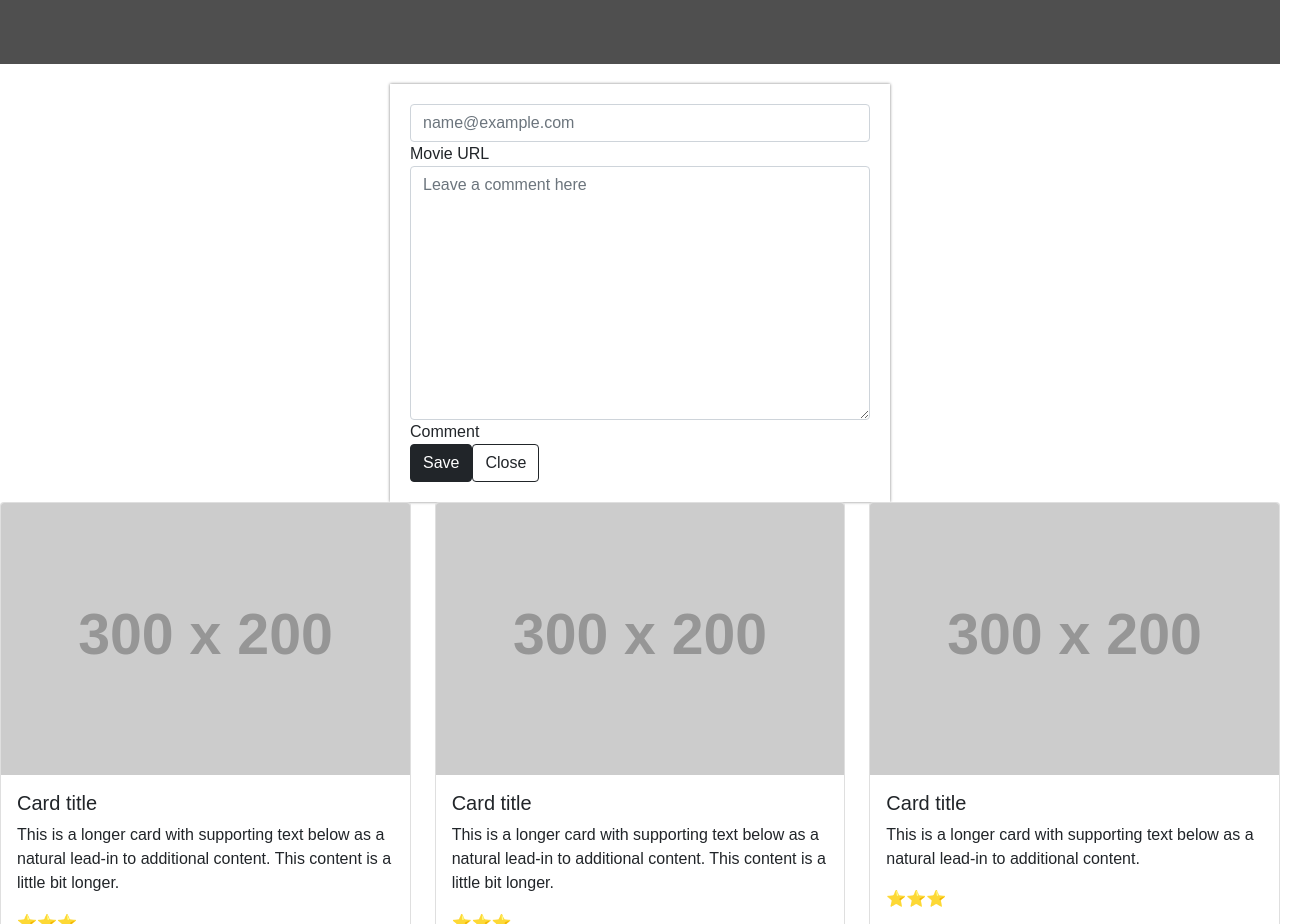
Repository: sinayaka-body/sparta
Page: frontend/bootstrap.html
An editor plug-in stored every save of this project. The page is shown before and after the next save, followed by the edit.
The browser window is 1280 px wide. The page is 1292 px wide, so the pictures cover 1292 px, including what lies to the right of the window. The pictures show the part of the page from y = 186 to 1110 px (the page is 1725 px tall).
Pictures or frames that could not be fetched are drawn as grey boxes. Some web fonts or font styles are not loaded; a fallback is used.

Above is the page before, as saved 2023-04-15 16:41:40.

### frontend/bootstrap.html
<!DOCTYPE html>
<html lang="en">
  <head>
    <meta charset="utf-8" />
    <meta name="viewport" content="width=device-width, initial-scale=1, shrink-to-fit=no" />

    <link href="https://cdn.jsdelivr.net/npm/bootstrap@5.0.2/dist/css/bootstrap.min.css" rel="stylesheet" integrity="sha384-EVSTQN3/azprG1Anm3QDgpJLIm9Nao0Yz1ztcQTwFspd3yD65VohhpuuCOmLASjC" crossorigin="anonymous" />
    <script src="https://ajax.googleapis.com/ajax/libs/jquery/3.5.1/jquery.min.js"></script>
    <script src="https://cdn.jsdelivr.net/npm/bootstrap@5.0.2/dist/js/bootstrap.bundle.min.js" integrity="sha384-MrcW6ZMFYlzcLA8Nl+NtUVF0sA7MsXsP1UyJoMp4YLEuNSfAP+JcXn/tWtIaxVXM" crossorigin="anonymous"></script>

    <title>Spartapedia</title>

    <style>
      @import url("https://fonts.googleapis.com/css2?family=Gowun+Dodum&display=swap");

      * {
        font-family: "Hahmlet", sans-serif;
      }

      .mytitle {
        width: 100%;
        height: 250px;

        background-image: linear-gradient(0deg, rgba(0, 0, 0, 0.5), rgba(0, 0, 0, 0.5)), url("https://movie-phinf.pstatic.net/20210715_95/1626338192428gTnJl_JPEG/movie_image.jpg");
        background-position: center;
        background-size: cover;

        color: white;

        display: flex;
        flex-direction: column;
        align-items: center;
        justify-content: center;
      }

      .mytitle > button {
        width: 200px;
        height: 50px;

        background-color: transparent;
        color: white;

        border-radius: 50px;
        border: 1px solid white;

        margin-top: 10px;
      }

      .mytitle > button:hover {
        border: 2px solid white;
      }

      .review_post {
        width: 95%;
        max-width: 500px;
        margin: 20px auto 0px auto;
        padding: 20px;
        box-shadow: 0px 0px 3px 0px gray;
      }

      .review_post_btn {
        display: flex;
      }
    </style>
  </head>

  <body>
    <div class="mytitle">
      <h1>My favorite movies</h1>
      <button>Save a new movie</button>
    </div>

    <div class="review_post">
      <div class="review_post_url">
        <input type="email" class="form-control" id="floatingInput" placeholder="name@example.com" />
        <label for="floatingInput">Movie URL</label>
      </div>
      <div class="review_post_comment">
        <textarea class="form-control" placeholder="Leave a comment here" name="" id="" cols="30" rows="10"></textarea>
        <label for="floatingTextarea2">Comment</label>
      </div>
      <div class="review_post_btn">
        <button type="button" class="btn btn-dark">Save</button>
        <button type="button" class="btn btn-outline-dark">Close</button>
      </div>
    </div>

    <div class="row row-cols-1 row-cols-md-3 g-4">
      <div class="col">
        <div class="card">
          <img src="https://placehold.jp/300x200.png" class="card-img-top" alt="..." />
          <div class="card-body">
            <h5 class="card-title">Card title</h5>
            <p class="card-text">This is a longer card with supporting text below as a natural lead-in to additional content. This content is a little bit longer.</p>
            <p>⭐⭐⭐</p>
            <p style="color: red">my comment</p>
          </div>
        </div>
      </div>
      <div class="col">
        <div class="card">
          <img src="https://placehold.jp/300x200.png" class="card-img-top" alt="..." />
          <div class="card-body">
            <h5 class="card-title">Card title</h5>
            <p class="card-text">This is a longer card with supporting text below as a natural lead-in to additional content. This content is a little bit longer.</p>
            <p>⭐⭐⭐</p>
            <p style="color: red">my comment</p>
          </div>
        </div>
      </div>
      <div class="col">
        <div class="card">
          <img src="https://placehold.jp/300x200.png" class="card-img-top" alt="..." />
          <div class="card-body">
            <h5 class="card-title">Card title</h5>
            <p class="card-text">This is a longer card with supporting text below as a natural lead-in to additional content.</p>
            <p>⭐⭐⭐</p>
            <p style="color: red">my comment</p>
          </div>
        </div>
      </div>
      <div class="col">
        <div class="card">
          <img src="https://placehold.jp/300x200.png" class="card-img-top" alt="..." />
          <div class="card-body">
            <h5 class="card-title">Card title</h5>
            <p class="card-text">This is a longer card with supporting text below as a natural lead-in to additional content. This content is a little bit longer.</p>
            <p>⭐⭐⭐</p>
            <p style="color: red">my comment</p>
          </div>
        </div>
      </div>
    </div>
  </body>
</html>

After the next save:
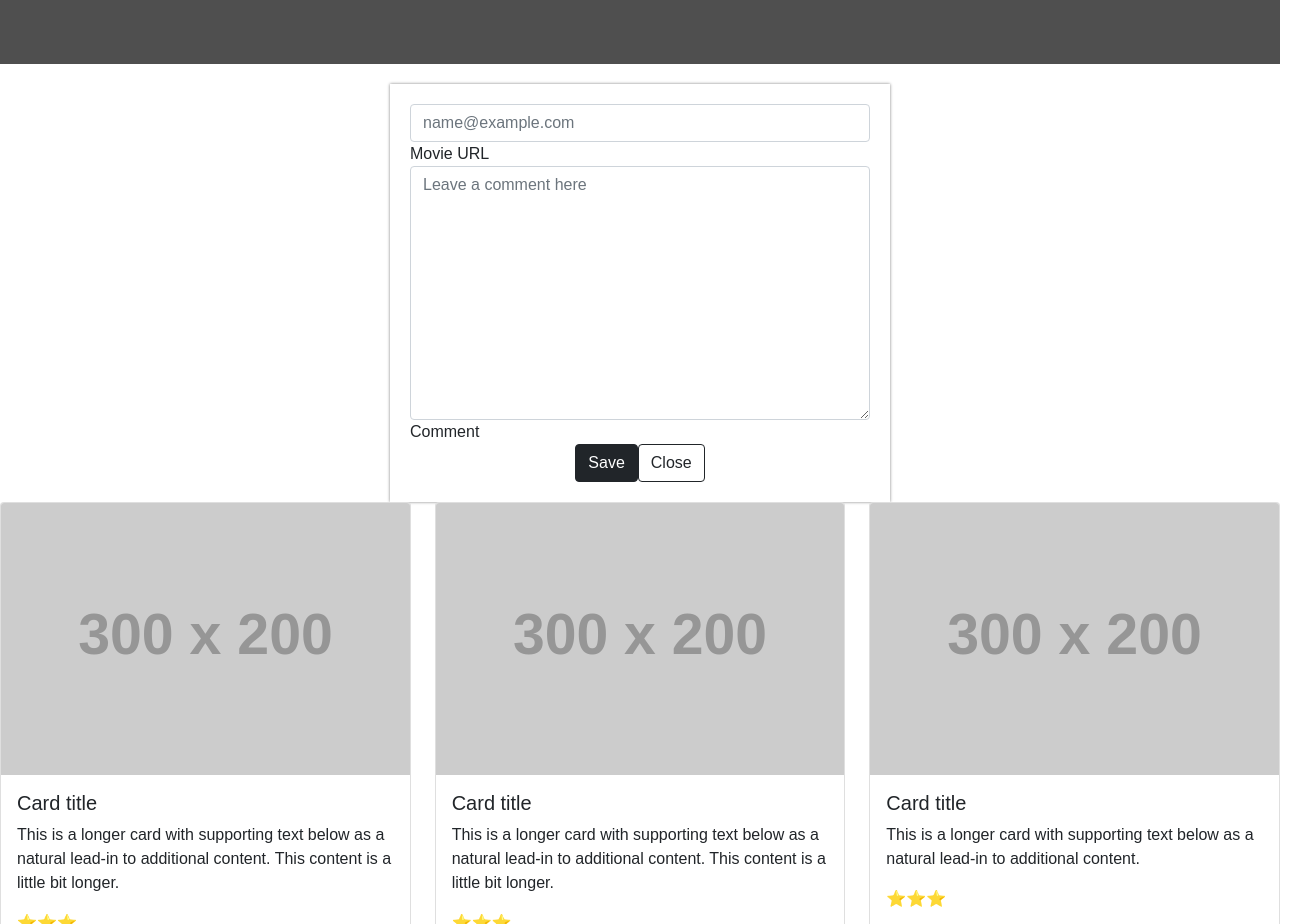
Saved 47 s later.
--- a/frontend/bootstrap.html
+++ b/frontend/bootstrap.html
@@ -60,6 +60,9 @@
 
       .review_post_btn {
         display: flex;
+        flex-direction: row;
+        align-items: center;
+        justify-content: center;
       }
     </style>
   </head>
